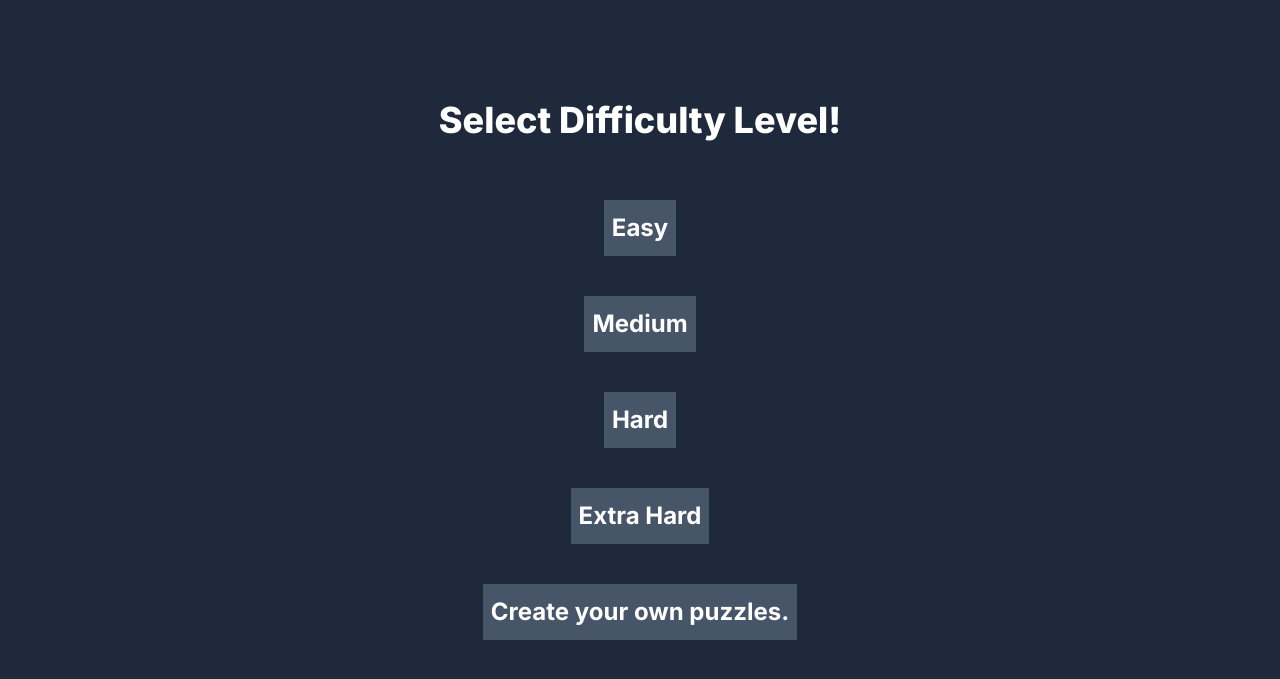
Repository: badhon252/sudoku
Page: /level
The author's editor kept a copy of each file at every save. The page is drawn from the files as they stood at one save, then again after the next save.
The browser window is 1280 px wide. The pictures show the whole page.
The project was rebuilt for these pictures with package versions that can differ from the ones it lists, and the page was loaded fresh each time. The framework's server and built-in components were replaced by stand-ins that run in the browser. Also part of the build but not shown: next.config.js.

Above is the page before, as saved 2023-06-04 21:55:43.

### app/level/page.tsx
import React from 'react'

export default function Level() {
  return (
    <div className='min-h-screen flex flex-col items-center justify-center bg-slate-800 text-white'>
        <h1 className='text-4xl font-extrabold my-10'>Select Difficulty Level! </h1>
        <button type='button' className='my-5 py-3 px-2 text-2xl font-bold bg-slate-600'>Easy</button>
        <button type='button' className='my-5 py-3 px-2 text-2xl font-bold bg-slate-600'>Medium</button>
        <button type='button' className='my-5 py-3 px-2 text-2xl font-bold bg-slate-600'>Hard</button>
        <button type='button' className='my-5 py-3 px-2 text-2xl font-bold bg-slate-600'>Extra Hard</button>

        <button type='button' className='my-5 py-3 px-2 text-2xl font-bold bg-slate-600'>Create your own puzzles.</button>
    </div>
  )
}

Loaded but not shown: app/layout.tsx (common file); app/globals.css (common file); tailwind.config.js (common file)

After the next save:
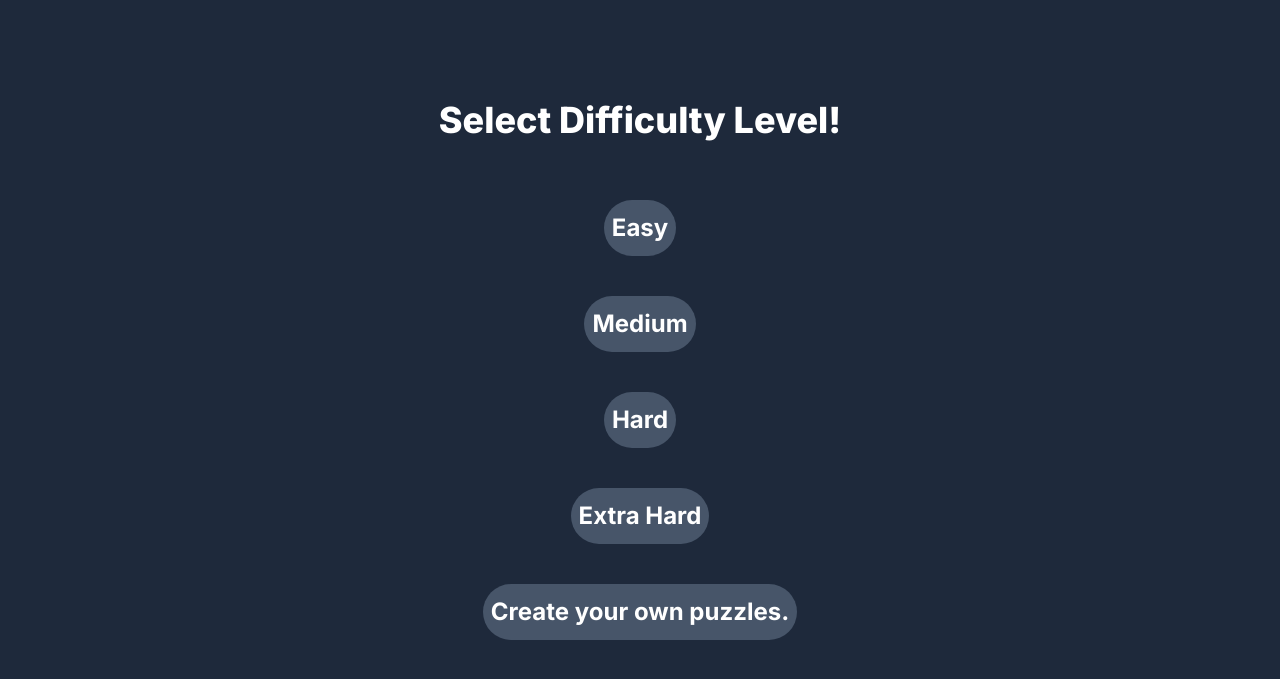
Saved 11 s later.
--- a/app/level/page.tsx
+++ b/app/level/page.tsx
@@ -4,12 +4,12 @@
   return (
     <div className='min-h-screen flex flex-col items-center justify-center bg-slate-800 text-white'>
         <h1 className='text-4xl font-extrabold my-10'>Select Difficulty Level! </h1>
-        <button type='button' className='my-5 py-3 px-2 text-2xl font-bold bg-slate-600'>Easy</button>
-        <button type='button' className='my-5 py-3 px-2 text-2xl font-bold bg-slate-600'>Medium</button>
-        <button type='button' className='my-5 py-3 px-2 text-2xl font-bold bg-slate-600'>Hard</button>
-        <button type='button' className='my-5 py-3 px-2 text-2xl font-bold bg-slate-600'>Extra Hard</button>
+        <button type='button' className='my-5 py-3 px-2 text-2xl font-bold bg-slate-600 rounded-full'>Easy</button>
+        <button type='button' className='my-5 py-3 px-2 text-2xl font-bold bg-slate-600 rounded-full'>Medium</button>
+        <button type='button' className='my-5 py-3 px-2 text-2xl font-bold bg-slate-600 rounded-full'>Hard</button>
+        <button type='button' className='my-5 py-3 px-2 text-2xl font-bold bg-slate-600 rounded-full'>Extra Hard</button>
 
-        <button type='button' className='my-5 py-3 px-2 text-2xl font-bold bg-slate-600'>Create your own puzzles.</button>
+        <button type='button' className='my-5 py-3 px-2 text-2xl font-bold bg-slate-600 rounded-full'>Create your own puzzles.</button>
     </div>
   )
 }

After the save that followed:
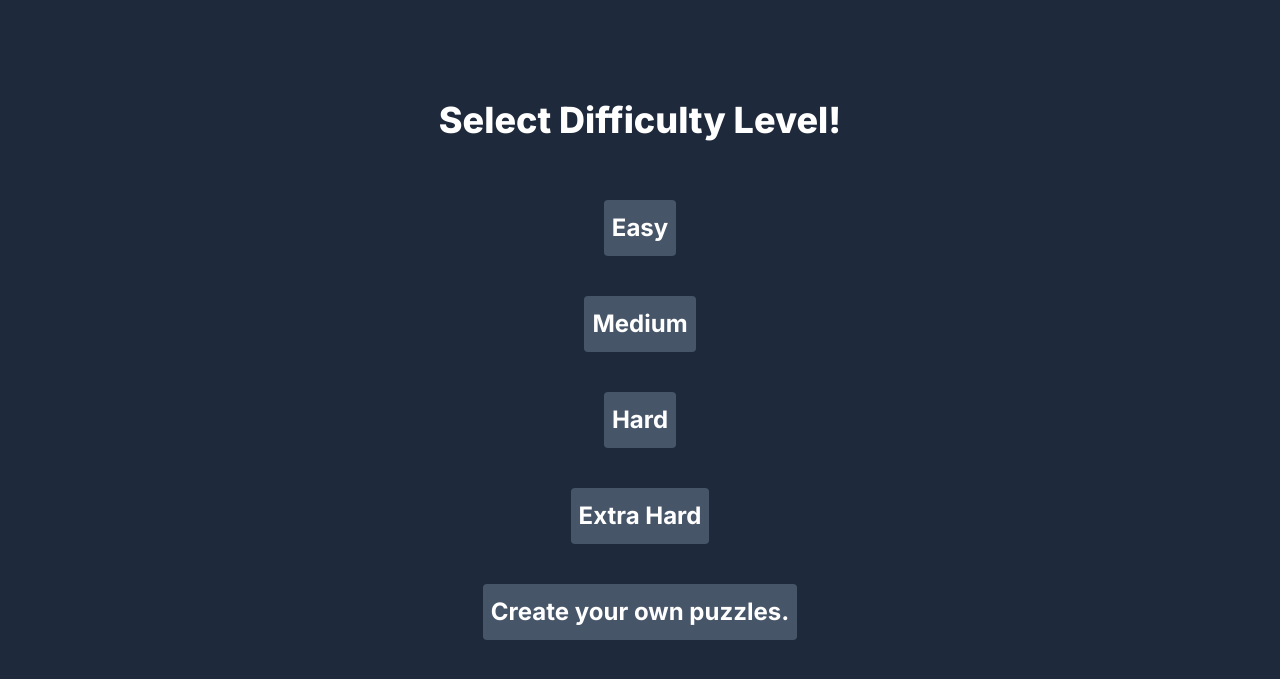
Saved 5 s later.
--- a/app/level/page.tsx
+++ b/app/level/page.tsx
@@ -4,12 +4,12 @@
   return (
     <div className='min-h-screen flex flex-col items-center justify-center bg-slate-800 text-white'>
         <h1 className='text-4xl font-extrabold my-10'>Select Difficulty Level! </h1>
-        <button type='button' className='my-5 py-3 px-2 text-2xl font-bold bg-slate-600 rounded-full'>Easy</button>
-        <button type='button' className='my-5 py-3 px-2 text-2xl font-bold bg-slate-600 rounded-full'>Medium</button>
-        <button type='button' className='my-5 py-3 px-2 text-2xl font-bold bg-slate-600 rounded-full'>Hard</button>
-        <button type='button' className='my-5 py-3 px-2 text-2xl font-bold bg-slate-600 rounded-full'>Extra Hard</button>
+        <button type='button' className='my-5 py-3 px-2 text-2xl font-bold bg-slate-600 rounded'>Easy</button>
+        <button type='button' className='my-5 py-3 px-2 text-2xl font-bold bg-slate-600 rounded'>Medium</button>
+        <button type='button' className='my-5 py-3 px-2 text-2xl font-bold bg-slate-600 rounded'>Hard</button>
+        <button type='button' className='my-5 py-3 px-2 text-2xl font-bold bg-slate-600 rounded'>Extra Hard</button>
 
-        <button type='button' className='my-5 py-3 px-2 text-2xl font-bold bg-slate-600 rounded-full'>Create your own puzzles.</button>
+        <button type='button' className='my-5 py-3 px-2 text-2xl font-bold bg-slate-600 rounded'>Create your own puzzles.</button>
     </div>
   )
 }
